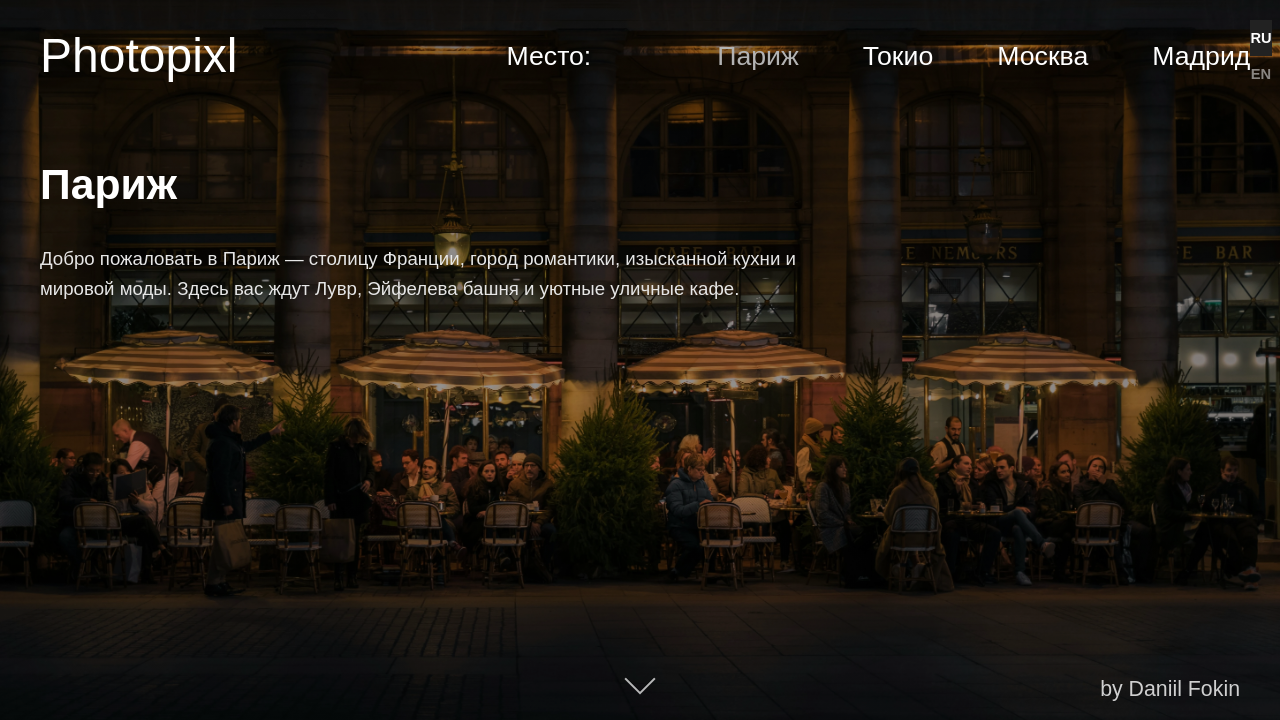
Repository: git-daniil/place-site
Page: index.html
These files come from the project's save history. The page is drawn as it stood at one moment and after the next save; the edit follows.
The browser window is 1280 px wide. The pictures show the whole page.
Some web fonts or font styles are not loaded; a fallback is used.

Above is the page before, as saved 2026-05-20 14:58:41.

After the next save:
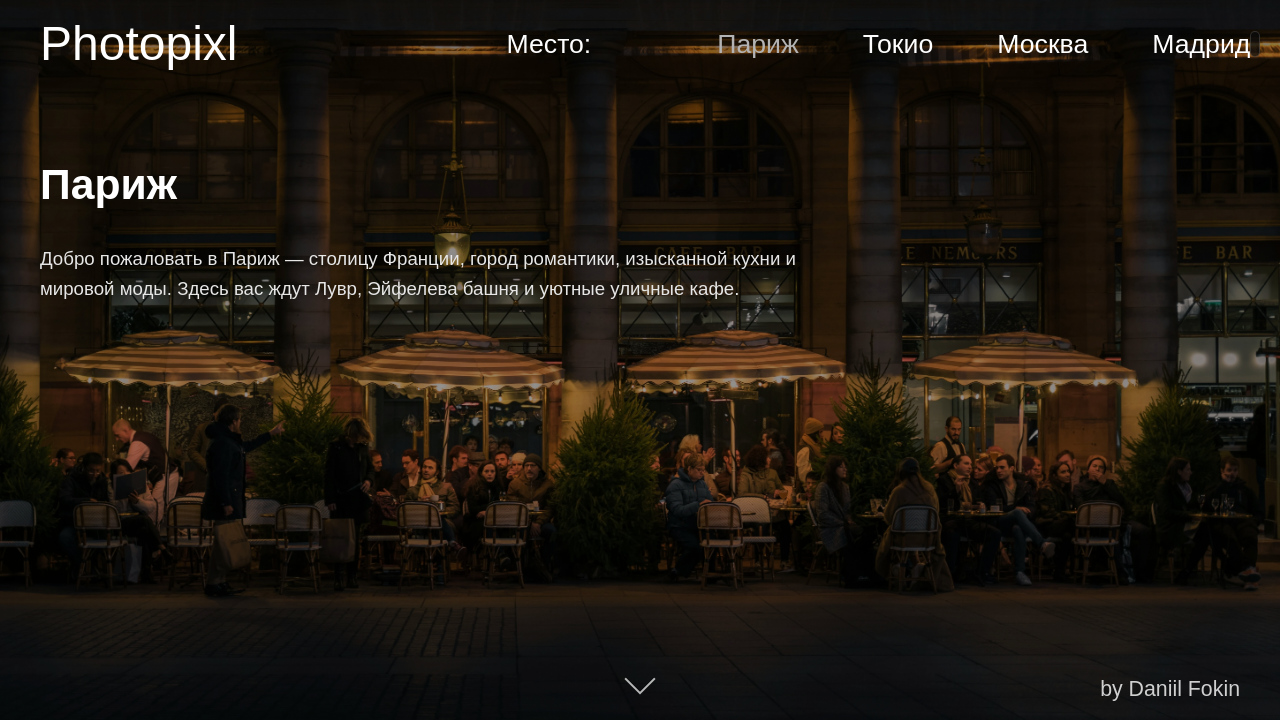
Saved 9 s later.
--- a/style.css
+++ b/style.css
@@ -171,70 +171,54 @@ body.paris-page .city-link.active {
     margin-right: 64px;
 }
 
-.lang-selector {
-    position: relative;
+.lang-selector-capsule {
     margin-left: auto;
     cursor: pointer;
     user-select: none;
     font-family: Arial, sans-serif;
-}
-
-.lang-current {
-    font-size: 11pt;
-    font-weight: bold;
-    color: #ffffff;
-    padding: 8px 18px;
+    display: flex;
     background-color: rgba(12, 12, 12, 0.75);
     border: 1px solid rgba(255, 255, 255, 0.15);
     border-radius: 20px;
-    transition: background-color 0.2s ease;
-}
-
-.lang-selector:hover .lang-current {
-    background-color: #262626;
-}
-
-.lang-dropdown {
-    position: absolute;
-    top: calc(100% + 6px);
-    right: 0;
+    padding: 4px;
+    transition: all 0.3s cubic-bezier(0.25, 1, 0.5, 1);
+    overflow: hidden;
+    width: 44px;
+    height: 26px;
+    box-sizing: border-box;
+}
+
+.lang-selector-capsule.open {
+    width: 90px;
     background-color: #1a1a1a;
-    border: 1px solid rgba(255, 255, 255, 0.15);
-    border-radius: 12px;
-    min-width: 62px;
-    display: flex;
-    flex-direction: column;
-    opacity: 0;
-    visibility: hidden;
-    transform: translateY(-8px);
-    transition: all 0.25s ease-in-out;
-    box-shadow: 0 4px 15px rgba(0, 0, 0, 0.6);
-    overflow: hidden;
-}
-
-.lang-selector.open .lang-dropdown {
-    opacity: 1;
-    visibility: visible;
-    transform: translateY(0);
+    border-color: rgba(255, 255, 255, 0.3);
 }
 
 .lang-option {
     font-size: 11pt;
     font-weight: bold;
-    color: rgba(255, 255, 255, 0.5);
-    padding: 10px 0;
-    text-align: center;
-    transition: background-color 0.2s ease, color 0.2s ease;
+    color: rgba(255, 255, 255, 0.4);
+    width: 36px;
+    height: 100%;
+    display: flex;
+    align-items: center;
+    justify-content: center;
+    transition: color 0.2s ease, opacity 0.25s ease;
+    flex-shrink: 0;
+}
+
+.lang-selector-capsule:not(.open) .lang-option:not(.active) {
+    opacity: 0;
+    width: 0;
+    pointer-events: none;
 }
 
 .lang-option:hover {
-    background-color: #262626;
     color: #ffffff;
 }
 
 .lang-option.active {
     color: #ffffff;
-    background-color: #222222;
 }
 
 .author-label {
